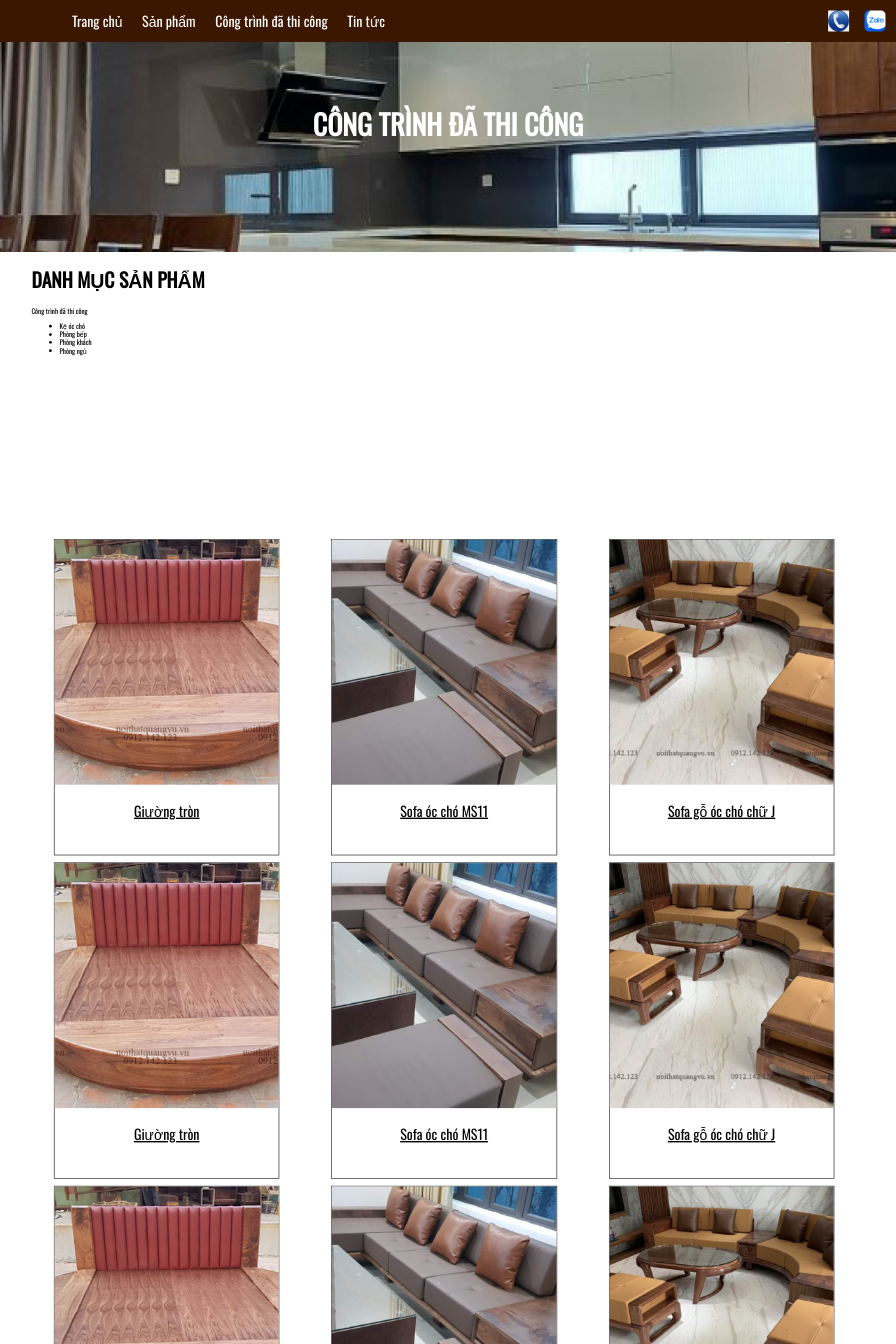
Repository: KHANHD192/FigmaTo-HTML
Page: APP-SHOP/ctdtc.html
The author's editor kept a copy of each file at every save. The page is drawn from the files as they stood at one save, then again after the next save.
The browser window is 1280 px wide. The pictures show the part of the page from y = 0 to 1920 px (the page is 2691 px tall before and 2406 px after), at 70% of full size.

Above is the page before, as saved 2022-11-22 00:18:50.

After the next save:
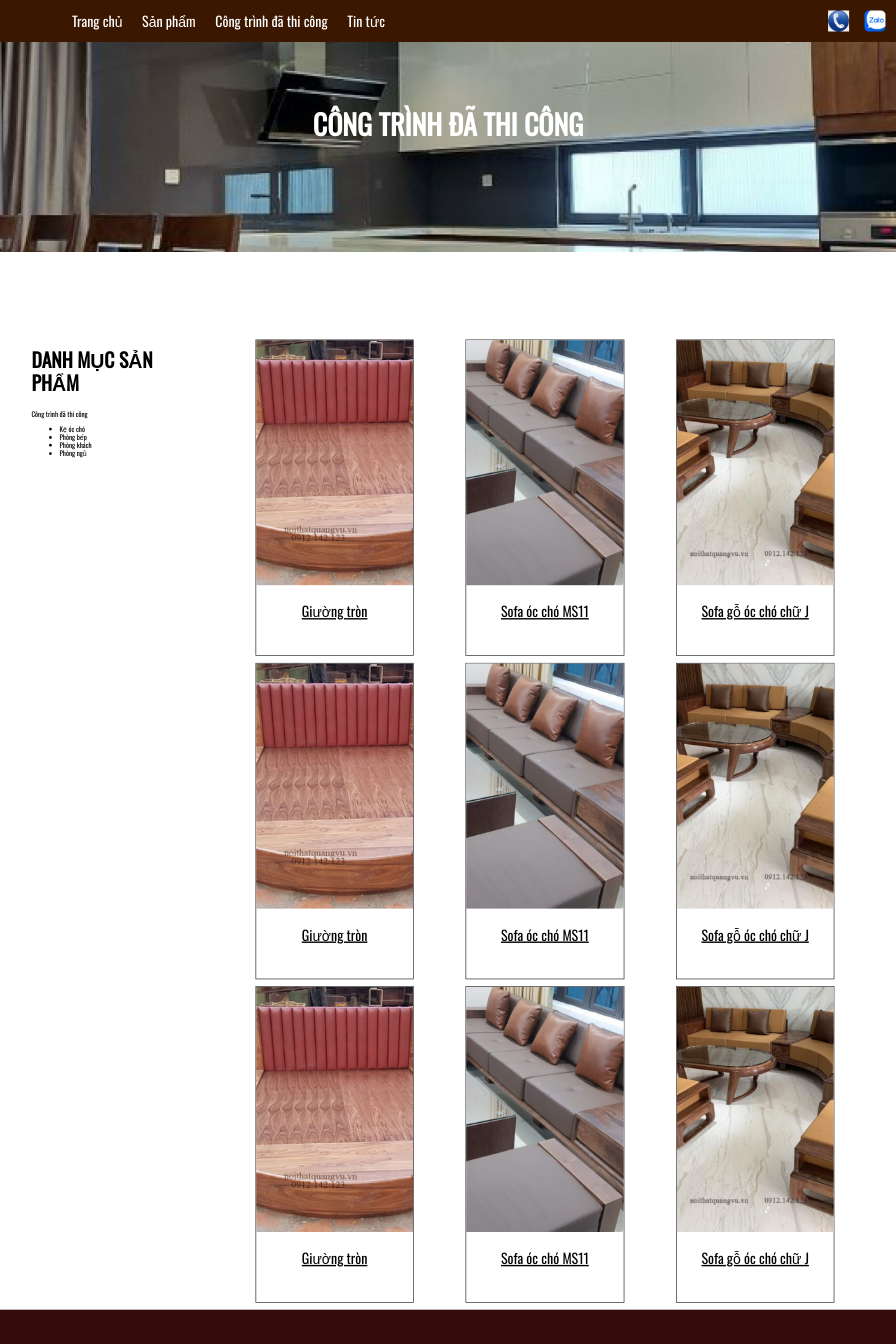
Saved 12 s later.
--- a/APP-SHOP/ctdtc.html
+++ b/APP-SHOP/ctdtc.html
@@ -27,7 +27,7 @@
             left:50%;
             transform: translate(-50%,-50%);
          }
-         .app__container{
+         .app__container1{
             margin-top: 115px;
             display:flex;
          }
